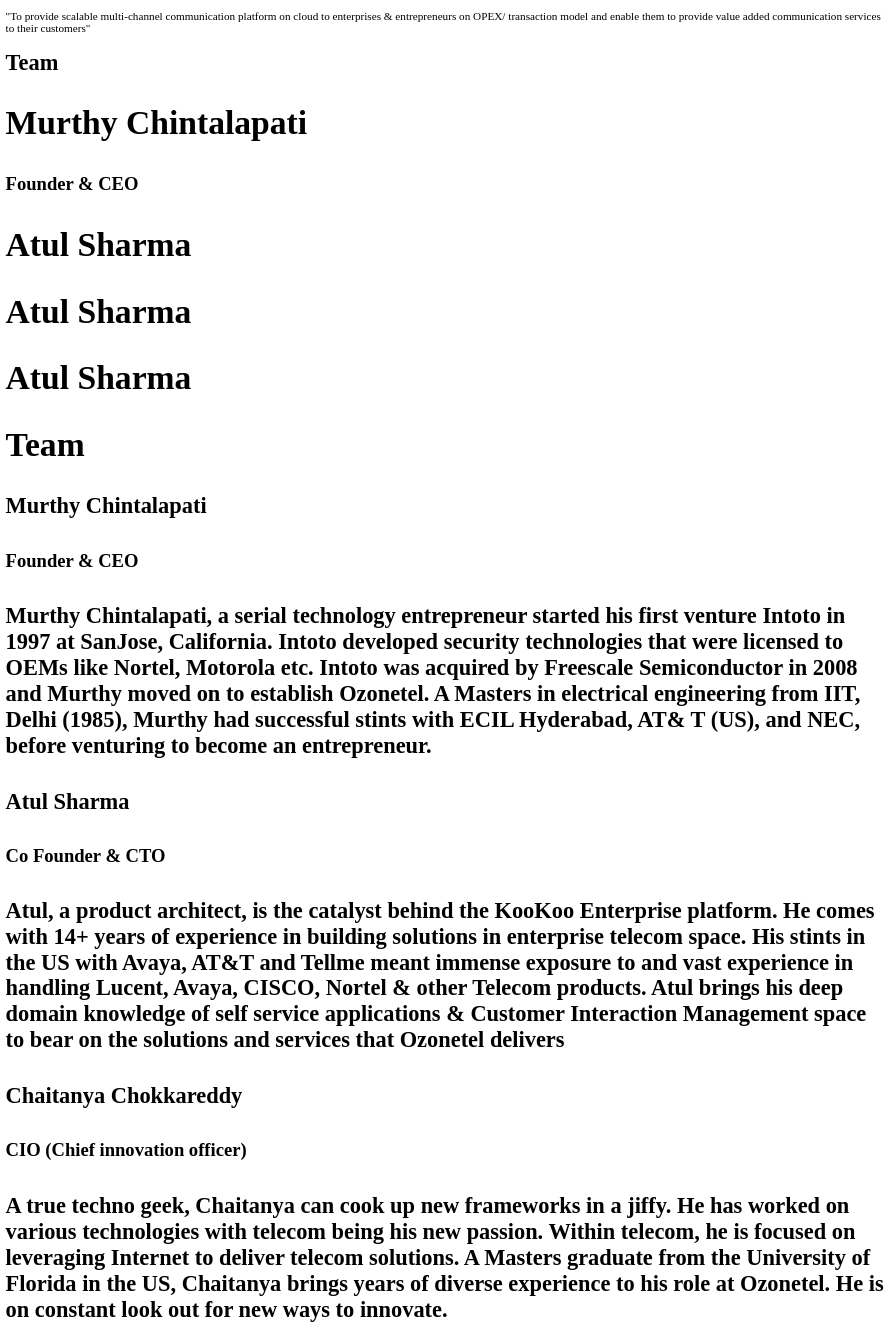
Repository: ashutosh238/ozonetelblogsite
Page: OzonetelBlogSiteFrontEnd/Web/c_aboutUs/AboutUs.html
An editor plug-in stored every save of this project. The page is shown before and after the next save, followed by the edit.
The browser window is 1280 px wide. The pictures show the part of the page from y = 660 to 2580 px (the page is 3675 px tall before and 3906 px after), at 70% of full size.

Above is the page before, as saved 2019-01-08 11:21:44.

### OzonetelBlogSiteFrontEnd/Web/c_aboutUs/AboutUs.html
<div id="slider">
		<div class="container">
			<div class="row header">
				<div class="col-md-12">
				<h3>Ozonetel Systems</h3>
				<br>
				<br><br><br>
				<br><br>
					<div>
						Leading provider of cloud communication services providing contact center solutions, IVR solutions and Missed call services
					</div>

				</div>
			</div>
			<div id="info">
				<div class="row stats">
					<div class="col-sm-2">
						<strong>1000+</strong><br/>
						customers
					</div>
					<div class="col-sm-2">
						<strong>4000+</strong><br/>
						developers on KooKoo
					</div>
					<div class="col-sm-2">
						<strong>2 Billion</strong><br/>
						Calls
					</div>
					<div class="col-sm-2">
						<strong>226</strong><br/>
						Telecom Operator Connections
					</div>
					<div class="col-sm-2">
						<strong>4 billion</strong>
						 Total Addressable Connections
					</div>
					<div class="col-sm-2">
						<strong>150+</strong>
						<br/>Countries covered</div>
				</div>
			</div>

	<div id="info">
		<div class="container">
			<div class="row">
				<div class="col-md-6">
					<h1>Company</h1>
				</div>
				<div class="col-md-6">
					<h2>Vision/Mission</h2>
				</div>
			</div>
			<div class="row">
				<div class="col-md-6">
					<p>
						Ozonetel Systems is a pioneer and a leading provider of on-demand cloud communication services in India.
						In today's scenario, businesses tend to lose out on tapping the opportunities that come knocking their
						way unintentionally (Most common being missing an In-bound enquiry/lead),
						either due to lack of time or manpower or due to the inherent inefficiency of the current
						communication set up.This means a loss of business.
					</p>
					<p>
						Being a pioneer in the field of Cloud Communication in India,
						we at Ozonetel worked towards converting these challenges into business opportunities,
						using our very own innovative cloud based communication solutions.
						We empower businesses with capabilities that could transform businesses radically.
						By deploying our products you can now invest your valuable time in running your business rather
						than managing your business communication modes.
					</p>
				</div>
				<div class="col-md-6">
					<!--<p>Vision</p>-->
					<p>
						"Make complete business communication seamless,
 intelligent, cost efficient and easily available.
"
					</p>
					<!--<p>Mission</p>-->
					<p>"To provide scalable multi-channel
						communication platform on cloud to
						enterprises &
						entrepreneurs on OPEX/
						transaction model and enable
						them to provide value
						added communication services to their
						customers"
					</p>
				</div>
			</div>
			<h1>Team</h>

		<div id="info">
		<div class="container">
			<div class="row">
				<div class="col-md-6">
					<h2>Murthy Chintalapati</h1>
					<h5 class="text-warning">Founder & CEO</h5>
				</div>
				<div class="col-md-6">
					<h2>Atul Sharma</h1>
				</div>
				<div class="col-md-6">
					<h2>Atul Sharma</h1>
				</div>
				<div class="col-md-6">
					<h2>Atul Sharma</h1>
				</div>
				</div>
				</div></div>

			<div class="col-md-6 team-row">
					<div class="col-md-6">
						<h2>Team</h2>
					</div>
					<div class="col-md-6">
						<p><h4 class="text-primary">Murthy Chintalapati</h4>
						<h5 class="text-primary">Founder & CEO</h5>
						Murthy Chintalapati, a serial technology entrepreneur started his first venture Intoto in 1997 at
						SanJose, California. Intoto developed security technologies that were licensed to OEMs like Nortel, Motorola etc.
						Intoto was acquired by Freescale Semiconductor in 2008 and Murthy moved on to establish Ozonetel.
						A Masters in electrical engineering from IIT, Delhi (1985), Murthy had successful stints with ECIL Hyderabad,
						AT& T (US), and NEC, before venturing to become an entrepreneur.
					</div></p>

						<h4 class="text-primary">Atul Sharma</h4>
						<h5 class="text-primary">Co Founder & CTO</h5>
					<p>	Atul, a product architect, is the catalyst behind the KooKoo Enterprise platform.
						He comes with 14+ years of experience in building solutions in enterprise telecom space.
						His stints in the US with Avaya, AT&T and Tellme meant immense exposure to and vast experience
						in handling Lucent, Avaya, CISCO, Nortel & other Telecom products.
						Atul brings his deep domain knowledge of self service applications & Customer Interaction Management
						space to bear on the solutions and services that Ozonetel delivers
					</p>
					<div class="col-md-6">
						<h4 class="text-primary">Chaitanya Chokkareddy</h4>
						<h5 class="text-primary">CIO (Chief innovation officer)</h5>
						A true techno geek, Chaitanya can cook up new frameworks in a jiffy.
						He has worked on various technologies with telecom being his new passion.
						Within telecom, he is focused on leveraging Internet to deliver telecom solutions.
						A Masters graduate from the University of Florida in the US, Chaitanya brings years of diverse experience to
						his role at Ozonetel.
						He is on constant look out for new ways to innovate.
					</div>
					<div class="col-md-6">
						<h4 class="text-primary">Rajiv Bharathan</h4>
						<h5 class="text-primary">Sr. Vice President Sales</h5>
						Rajiv leads the effort of building Ozonetel's robust sales organization.
						Rajiv carries rich experience of 30+ years in the IT & Telecom industry encompassing Direct Sales,
						Channel Sales & Enterprise sales. He has a successful track record of working with organizations
						like HCL, Wipro & Reliance Communications. Prior to joining Ozonetel Rajiv was Executive
						Sr. Vice President & Head Vertical markets at Reliance Communications.
					</div>
					<div class="col-md-6">
						<h4 class="text-primary">Anurag Banerjee</h4>
						<h5 class="text-primary">CGO (Chief Growth Officer)</h5>
						Anurag Banerjee serves as the Growth guy at Ozonetel. His past includes scaling multiple startups to double digit millions in revenue and raising more than $30MM in venture capital.<br/>This came after a decade at American Express in New York, in various global leadership positions across the business, mostly running customer loyalty and big data businesses.  Supported by high performing teams,  Anurag's businesses contributed more than 20BB in top line growth.
					</div>
				</div>
			</div>

		</div>
	</div>


	<div id="info">
		<div class="container">
			<div class="row">
					<div class="col-md-12">
						<h1>Why Us</h1>
					</div>
			</div>
			<div class="row">
				<div class="col-md-12">
						<ul>
							<li>Experience in managing customer communications at scale</li>
							<li>Handling 10 million calls everyday</li>
							<li>Zero hardware installation and absolute mobility</li>
							<li>Zero setup cost</li>
							<li>Reduced Operational Cost</li>
							<li>Maximum uptime with multi-location call routing</li>
							<li>Dynamic Capacity Planning</li>
							<li>Facilitates distributed regional operation</li>
							<li>Call treatment in regional languages with regional context</li>
						</ul>
				</div>
			</div>
		</div>
	</div>

	<div id="footer">
		<div class="container">
			<div class="row">
				<div class="col-sm-3 copyright">
					Ozonetel Systems Pvt Ltd 2014
				</div>

				</div>
			</div>
		</div>
	</div>

After the next save:
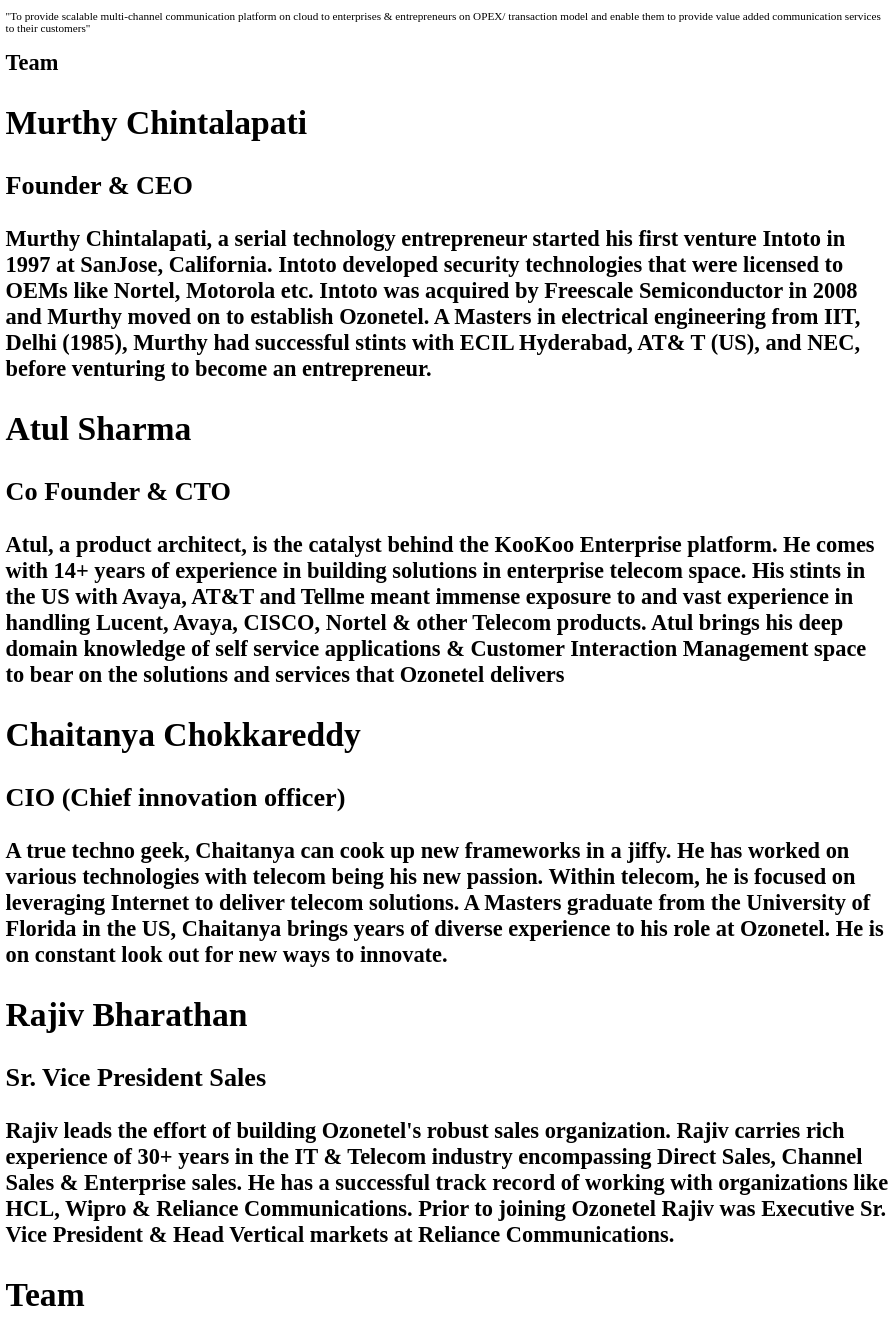
Saved 4 min 49 s later.
--- a/OzonetelBlogSiteFrontEnd/Web/c_aboutUs/AboutUs.html
+++ b/OzonetelBlogSiteFrontEnd/Web/c_aboutUs/AboutUs.html
@@ -94,36 +94,16 @@
 			<div class="row">
 				<div class="col-md-6">
 					<h2>Murthy Chintalapati</h1>
-					<h5 class="text-warning">Founder & CEO</h5>
-				</div>
-				<div class="col-md-6">
-					<h2>Atul Sharma</h1>
-				</div>
-				<div class="col-md-6">
-					<h2>Atul Sharma</h1>
-				</div>
-				<div class="col-md-6">
-					<h2>Atul Sharma</h1>
-				</div>
-				</div>
-				</div></div>
-
-			<div class="col-md-6 team-row">
-					<div class="col-md-6">
-						<h2>Team</h2>
-					</div>
-					<div class="col-md-6">
-						<p><h4 class="text-primary">Murthy Chintalapati</h4>
-						<h5 class="text-primary">Founder & CEO</h5>
-						Murthy Chintalapati, a serial technology entrepreneur started his first venture Intoto in 1997 at
+					<h3>Founder & CEO</h3>
+					<p>Murthy Chintalapati, a serial technology entrepreneur started his first venture Intoto in 1997 at
 						SanJose, California. Intoto developed security technologies that were licensed to OEMs like Nortel, Motorola etc.
 						Intoto was acquired by Freescale Semiconductor in 2008 and Murthy moved on to establish Ozonetel.
 						A Masters in electrical engineering from IIT, Delhi (1985), Murthy had successful stints with ECIL Hyderabad,
-						AT& T (US), and NEC, before venturing to become an entrepreneur.
-					</div></p>
-
-						<h4 class="text-primary">Atul Sharma</h4>
-						<h5 class="text-primary">Co Founder & CTO</h5>
+						AT& T (US), and NEC, before venturing to become an entrepreneur.</p>
+				</div>
+				<div class="col-md-6">
+					<h2>Atul Sharma</h2>
+					<h3>Co Founder & CTO</h3>
 					<p>	Atul, a product architect, is the catalyst behind the KooKoo Enterprise platform.
 						He comes with 14+ years of experience in building solutions in enterprise telecom space.
 						His stints in the US with Avaya, AT&T and Tellme meant immense exposure to and vast experience
@@ -131,24 +111,52 @@
 						Atul brings his deep domain knowledge of self service applications & Customer Interaction Management
 						space to bear on the solutions and services that Ozonetel delivers
 					</p>
-					<div class="col-md-6">
-						<h4 class="text-primary">Chaitanya Chokkareddy</h4>
-						<h5 class="text-primary">CIO (Chief innovation officer)</h5>
-						A true techno geek, Chaitanya can cook up new frameworks in a jiffy.
+				</div>
+				<div class="col-md-6">
+					<h2>Chaitanya Chokkareddy</h2>
+					<h3>CIO (Chief innovation officer)</h3>
+					<p>A true techno geek, Chaitanya can cook up new frameworks in a jiffy.
 						He has worked on various technologies with telecom being his new passion.
 						Within telecom, he is focused on leveraging Internet to deliver telecom solutions.
 						A Masters graduate from the University of Florida in the US, Chaitanya brings years of diverse experience to
 						his role at Ozonetel.
-						He is on constant look out for new ways to innovate.
-					</div>
-					<div class="col-md-6">
-						<h4 class="text-primary">Rajiv Bharathan</h4>
-						<h5 class="text-primary">Sr. Vice President Sales</h5>
-						Rajiv leads the effort of building Ozonetel's robust sales organization.
+						He is on constant look out for new ways to innovate.</p>
+				</div>
+				<div class="col-md-6">
+					<h2>Rajiv Bharathan</h2>
+					<h3>Sr. Vice President Sales</h3>
+					<p>Rajiv leads the effort of building Ozonetel's robust sales organization.
 						Rajiv carries rich experience of 30+ years in the IT & Telecom industry encompassing Direct Sales,
 						Channel Sales & Enterprise sales. He has a successful track record of working with organizations
 						like HCL, Wipro & Reliance Communications. Prior to joining Ozonetel Rajiv was Executive
 						Sr. Vice President & Head Vertical markets at Reliance Communications.
+				</p>
+				</div>
+				</div>
+				</div></div>
+
+			<div class="col-md-6 team-row">
+					<div class="col-md-6">
+						<h2>Team</h2>
+					</div>
+					<div class="col-md-6">
+						<p><h4 class="text-primary">Murthy Chintalapati</h4>
+						<h5 class="text-primary">Founder & CEO</h5>
+
+					</div></p>
+
+						<h4 class="text-primary">Atul Sharma</h4>
+						<h5 class="text-primary">Co Founder & CTO</h5>
+
+					<div class="col-md-6">
+						<h4 class="text-primary">Chaitanya Chokkareddy</h4>
+						<h5 class="text-primary">CIO (Chief innovation officer)</h5>
+
+					</div>
+					<div class="col-md-6">
+						<h4 class="text-primary">Rajiv Bharathan</h4>
+						<h5 class="text-primary">Sr. Vice President Sales</h5>
+
 					</div>
 					<div class="col-md-6">
 						<h4 class="text-primary">Anurag Banerjee</h4>
